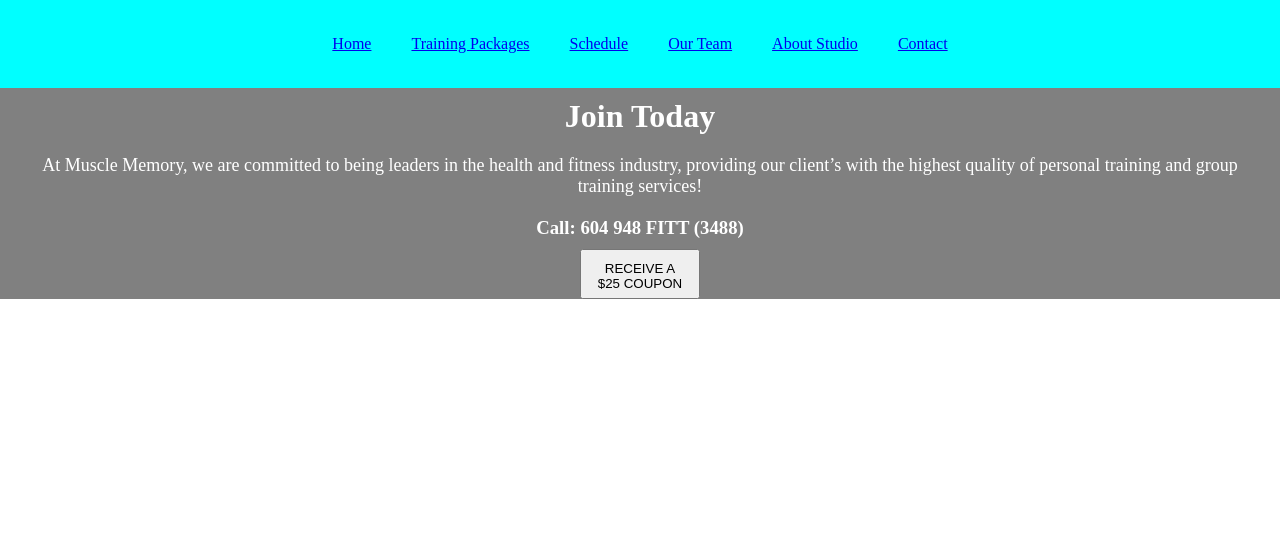
Repository: MujtabaHabib/muscle-memory-website
Page: index.html
An editor plug-in stored every save of this project. The page is shown before and after a run of saves, followed by the edit.
The browser window is 1280 px wide. The pictures show the whole page.

Above is the page before, as saved 2026-01-27 02:37:07.

### index.html
<!DOCTYPE html>
<html lang="en">

<head>
    <meta charset="UTF-8">
    <meta name="viewport" content="width=device-width, initial-scale=1.0">
    <title>Muscle Memory</title>
    <link rel="stylesheet" href="style.css">
</head>

<body>
    <div class="container">
        <nav class="nav">
            <ul class="list">
                <li><a href="#">Home</a></li>
                <li><a href="#">Training Packages</a></li>
                <li><a href="#">Schedule</a></li>
                <li><a href="#">Our Team</a></li>
                <li><a href="#">About Studio</a></li>
                <li><a href="#">Contact</a></li>
            </ul>
        </nav>
        <div class="details">
            <h1>Join Today</h1>
            <p>At Muscle Memory, we are committed to being leaders in the health and fitness industry,
                providing our client’s with the highest quality of personal training and group training
                services!</p>

            <h3>Call: 604 948 FITT (3488)</h3>
            <button>RECEIVE A $25 COUPON</button>
        </div>
    </div>

</body>

</html>

### style.css
* {
    margin: 0;
    padding: 0;

}

/* .container{
    background-image: url(gym.jpg);
    background-repeat: no-repeat;
    background-size: cover;
    height: 100vh;
} */

.list {
    display: flex;
    color: white;
    padding: 15px;
    justify-content: center;
    align-items: center;
    background-color: cyan;
    margin: 0px;
}

.list li {
    padding: 20px;
    list-style-type: none;

}

/* .card{
    display: flex;
    width: fit-content;
    height: 400%;
    width: 100%;
} */

.details {
    text-align: center;
    background-color: gray;
    color: white;


}

.details button {
    height: 50px;
    width: 120px;

}

.details h1 ,
.details h3,
.details p,
.details button {
    padding: 10px 15px 10px;
}
.details p{
    font-size: 18px;
}

After the next 2 saves:
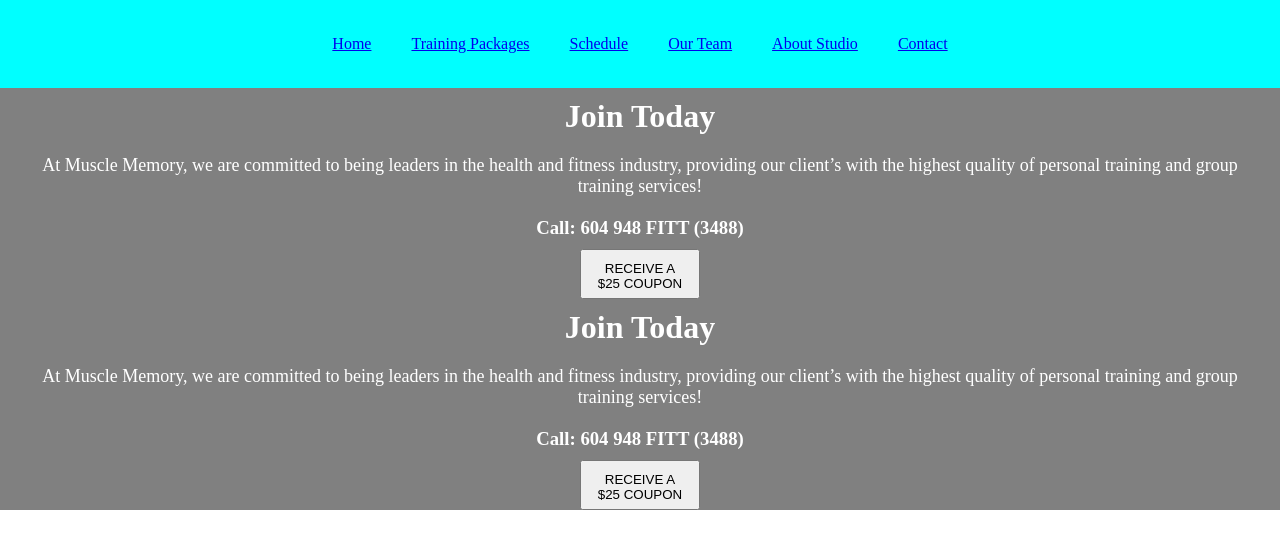
The 2 saves are shown as one change because they came seconds apart.
The last was saved 39 s later.
--- a/index.html
+++ b/index.html
@@ -29,6 +29,15 @@
             <h3>Call: 604 948 FITT (3488)</h3>
             <button>RECEIVE A $25 COUPON</button>
         </div>
+                <div class="details">
+            <h1>Join Today</h1>
+            <p>At Muscle Memory, we are committed to being leaders in the health and fitness industry,
+                providing our client’s with the highest quality of personal training and group training
+                services!</p>
+
+            <h3>Call: 604 948 FITT (3488)</h3>
+            <button>RECEIVE A $25 COUPON</button>
+        </div>
     </div>
 
 </body>

After the save that followed:
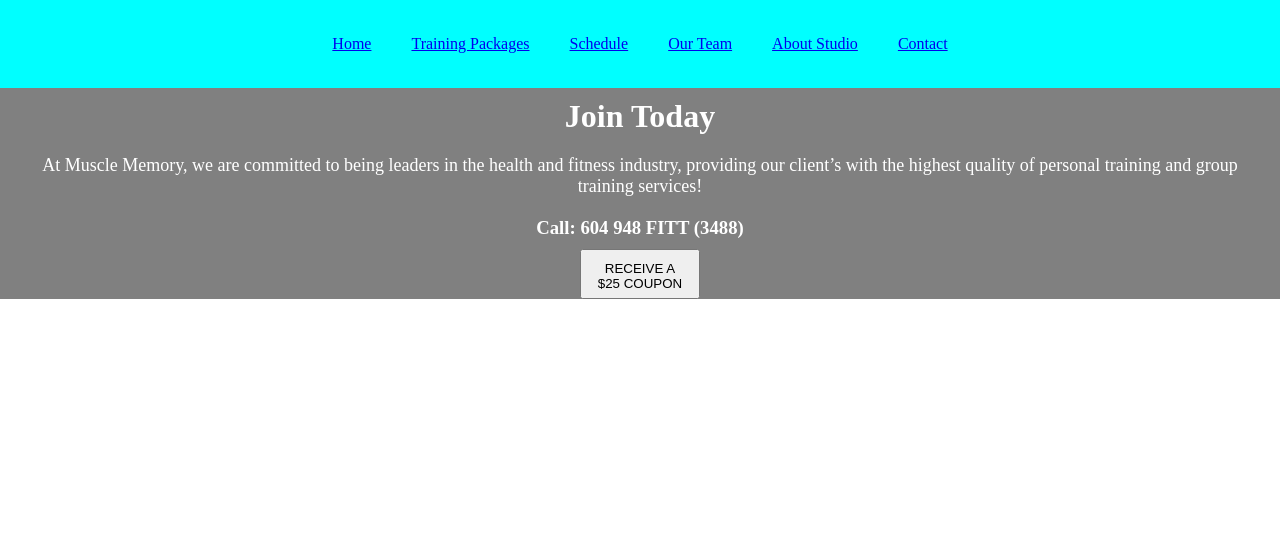
Saved 19 s later.
--- a/index.html
+++ b/index.html
@@ -29,15 +29,7 @@
             <h3>Call: 604 948 FITT (3488)</h3>
             <button>RECEIVE A $25 COUPON</button>
         </div>
-                <div class="details">
-            <h1>Join Today</h1>
-            <p>At Muscle Memory, we are committed to being leaders in the health and fitness industry,
-                providing our client’s with the highest quality of personal training and group training
-                services!</p>
 
-            <h3>Call: 604 948 FITT (3488)</h3>
-            <button>RECEIVE A $25 COUPON</button>
-        </div>
     </div>
 
 </body>
